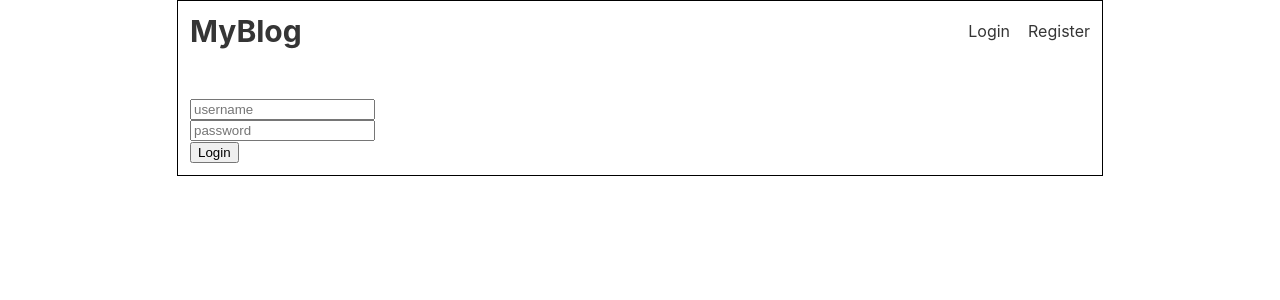
Repository: ateeque-219/BlogApp
Page: /login (app in blogapp/)
The author's editor kept a copy of each file at every save. The page is drawn from the files as they stood at one save, then again after the next save.
The browser window is 1280 px wide. The pictures show the whole page.
The project was rebuilt for these pictures with package versions that can differ from the ones it lists, and the page was loaded fresh each time. Also part of the build but not shown: blogapp/src/Post.js, blogapp/src/pages/Indexpage.js, blogapp/src/pages/RegisterPage.js.

Above is the page before, as saved 2024-01-09 13:06:48.

After the next save:
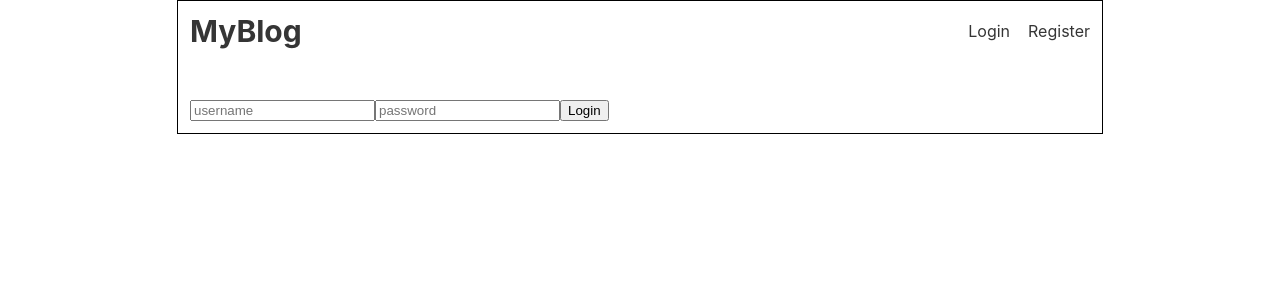
Saved 4 s later.
--- a/blogapp/src/App.css
+++ b/blogapp/src/App.css
@@ -65,6 +65,3 @@ div.post p.summary{
 form .login , form.register{
   display: flex;
 }
-input{
-  display: block;
-}
